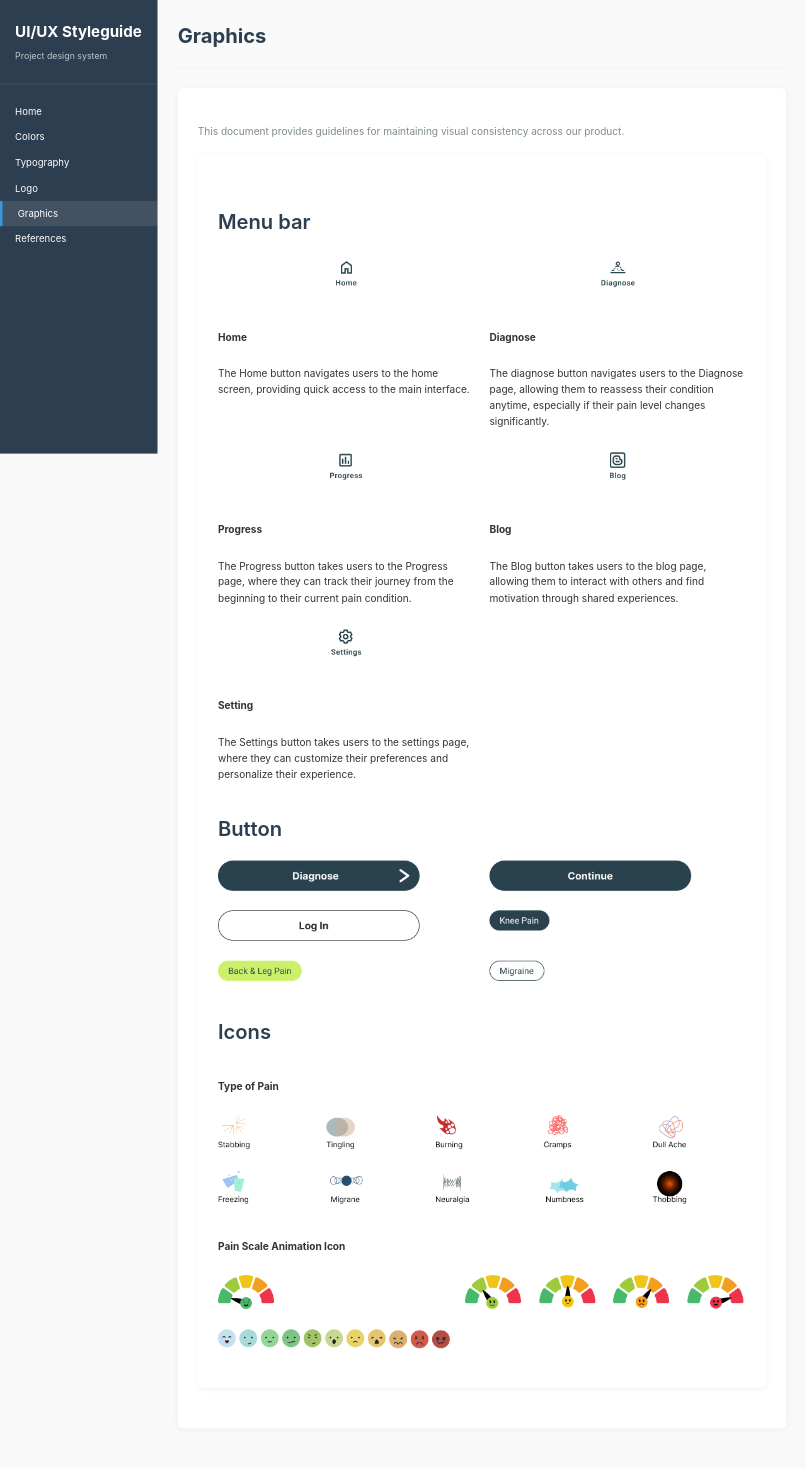
Repository: rosielee09/Heal_U
Page: graphics.html
An editor plug-in stored every save of this project. The page is shown before and after the next save, followed by the edit.
The browser window is 1280 px wide. The pictures show the whole page, at 63% of full size.

Above is the page before, as saved 2025-04-03 21:44:25.

### graphics.html
<!DOCTYPE html>
<html lang="en">
<head>
    <meta charset="UTF-8">
    <meta name="viewport" content="width=device-width, initial-scale=1.0">
    <link rel="stylesheet" href="styles.css">
    <title>Heal_U Styleguide</title>
</head>
<body>
    <div class="container">
        <!-- Sidebar Navigation -->
        <div class="sidebar">
            <div class="sidebar-header">
                <h1>UI/UX Styleguide</h1>
                <p>Project design system</p>
            </div>
            <ul class="nav">
                <li ><a href="index.html">Home</a></li>
                <li><a href="colors.html">Colors</a></li>
                <li><a href="typography.html">Typography</a></li>
                <li><a href="logo.html">Logo</a></li>
                <li class="active"><a href="graphics.html">Graphics</a></li>
                <li><a href="references.html">References</a></li>
            </ul>
        </div>

        <!-- Main Content - Home Page -->

        <div class="content">
            <header class="page-header">
                <h2>Graphics</h2>
            </header>

            <div class="component">
                <div class="component-header">
                  <p class="component-description">This document provides guidelines for maintaining visual consistency across our product.</p>
                </div>
           <!-- SECTION 1: menu bar -->
           <div class="component">
            <div class="component-header">

                <section class="component-section">
                    <h3 class="component-title">Menu bar</h3>
                    <div class="graphic-grid">
                        <!-- home -->
                        <div class="graphic-item">
                            <img class="graphic-menu__icon" src="/img/graphic-menu/home.png" alt="home">
                            <div class="graphic-info">
                                <h4 class="graphic-title">Home</h4>
                                <div>The Home button navigates users to the home screen, providing quick access to the main interface.</div>
                            </div>
                        </div>
                        <!-- diagnose -->
                        <div class="graphic-item">
                            <img class="graphic-menu__icon" src="/img/graphic-menu/diagnose.png" alt="diagnose">
                            <div class="graphic-info">
                                <h4 class="graphic-title">Diagnose </h4>
                                <div>The diagnose button navigates users to the Diagnose page, allowing them to reassess their condition anytime, especially if their pain level changes significantly.</div>
                            </div>
                        </div>
                        <!-- Progress -->
                        <div class="graphic-item">
                            <img class="graphic-menu__icon" src="/img/graphic-menu/progress.png" alt="Progress">
                            <div class="graphic-info">
                                <h4 class="graphic-title">Progress </h4>
                                <div>
                                    The Progress button takes users to the Progress page, where they can track their journey from the beginning to their current pain condition.</div>
                            </div>
                        </div>

                        <!-- blog -->
                        <div class="graphic-item">
                            <img class="graphic-menu__icon" src="/img/graphic-menu/blog.png" alt="blog">
                            <div class="graphic-info">
                                <h4 class="graphic-title">Blog </h4>
                                <div>The Blog button takes users to the blog page, allowing them to interact with others and find motivation through shared experiences.</div>
                        </div>
                        </div>

                        <!-- Setting -->
                        <div class="graphic-item">
                            <img class="graphic-menu__icon" src="/img/graphic-menu/setting.png" alt="Setting">
                            <div class="graphic-info">
                                <h4 class="graphic-title">Setting </h4>
                                <div>The Settings button takes users to the settings page, where they can customize their preferences and personalize their experience.</div>

                    </div>
                </div>
            </div>

<!-- button section -->
                <section class="component-section">
                    <h3 class="component-title">Button </h3>

                    <div class="graphic-grid">
                          <!-- fill button -->
                        <div class="graphic-item">
                            <img class="graphic-button__icon" src="/img/Appovation - buttons/Button-fill-withIcon.png" alt="fill-icon">
                        </div>
                        <div class="graphic-item">
                            <img class="graphic-button__icon" src="/img/Appovation - buttons/Button-fill.jpg" alt="fill">
                        </div>
                        <div class="graphic-item">
                            <img class="graphic-button__icon" src="/img/Appovation - buttons/Button-outline.jpg" alt="outline">
                        </div>
                        <div class="graphic-item">
                            <img class="graphic-button__icon" src="/img/Appovation - buttons/chips-fill.png" alt="chips">
                        </div>
                        <div class="graphic-item">
                            <img class="graphic-button__icon" src="/img/Appovation - buttons/chips-highlighted.png" alt="chips-highlighted">
                        </div>
                        <div class="graphic-item">
                            <img class="graphic-button__icon" src="/img/Appovation - buttons/chips-outlined.png" alt="chips-outlined">
                        </div>
                </div>
            </section>

            <section class="component-section">
                <h3 class="component-title">Icons </h3>
                <h4 class="graphic-title">Type of Pain</h4>
                <div class="graphic-grid__icons">

                    <div class="graphic-item">
                        <img class="graphic-icons" src="/img/Appovation - icons/Icon-stabbing.png" alt="pain_type_icon">
                    </div>
                    <div class="graphic-item">
                        <img class="graphic-icons" src="/img/Appovation - icons/Icon-tingling.png" alt="pain_type_icon">
                    </div>
                    <div class="graphic-item">
                        <img class="graphic-icons" src="/img/Appovation - icons/Icon_Burning.png" alt="pain_type_icon">
                    </div>
                    <div class="graphic-item">
                        <img class="graphic-icons" src="/img/Appovation - icons/Icon_Cramps.png" alt="pain_type_icon">
                    </div>
                    <div class="graphic-item">
                        <img class="graphic-icons" src="/img/Appovation - icons/Icon_dull ache.png" alt="pain_type_icon">
                    </div>
                    <div class="graphic-item">
                        <img class="graphic-icons" src="/img/Appovation - icons/Icon_freezing.png" alt="pain_type_icon">
                    </div>
                    <div class="graphic-item">
                        <img class="graphic-icons" src="/img/Appovation - icons/Icon_Migrane.png" alt="pain_type_icon">
                    </div>
                    <div class="graphic-item">
                        <img class="graphic-icons" src="/img/Appovation - icons/Icon_neuralgia.png" alt="pain_type_icon">
                    </div>
                    <div class="graphic-item">
                        <img class="graphic-icons" src="/img/Appovation - icons/Icon_numbness.png" alt="pain_type_icon">
                    </div>
                    <div class="graphic-item">
                        <img class="graphic-icons" src="/img/Appovation - icons/Icon_thobbing.png" alt="pain_type_icon">
                    </div>

                </div>


                <h4 class="graphic-title">Pain Scale Animation Icon</h4>
                <div class="graphic-grid__icons">

                    <div class="graphic-item">
                        <img class="graphic-icons" src="/img/Appovation - icons/Pain_difference-slider-green.png" alt="pain_scale_icon">
                    </div>
                    <div class="graphic-item">
                        <img class="graphic-icons" src="/img/Appovation - icons/Pain_difference-slider-mild.png" alt="pain_scale_icon">
                    </div>
                    <div class="graphic-item">
                        <img class="graphic-icons" src="/img/Appovation - icons/Pain_difference-slider-middle.png" alt="pain_scale_icon">
                    </div>
                    <div class="graphic-item">
                        <img class="graphic-icons" src="/img/Appovation - icons/Pain_difference-slider-less-severe.png" alt="pain_scale_icon">
                    </div>
                    <div class="graphic-item">
                        <img class="graphic-icons" src="/img/Appovation - icons/Pain_difference-slider-severe.png" alt="pain_scale_icon">
                    </div>
                    <div class="graphic-item">
                        <img class="graphic-icons" src="/img/Appovation - icons/progress pain scale.png" alt="pain_scale_icon">
                    </div>
                </div>




        </section>


</body>
<script src="script.js"></script>
</html>

### styles.css
* {
    margin: 0;
    padding: 0;
    box-sizing: border-box;
}

body {
    font-family: 'Inter', -apple-system, BlinkMacSystemFont, 'Segoe UI', Roboto, Oxygen, Ubuntu, Cantarell, sans-serif;
    line-height: 1.6;
    color: #333;
    background-color: #f9f9f9;
}

/* Layout */
.container {
    display: flex;
    min-height: 100vh;
}

/* Sidebar Navigation */
.sidebar {
    width: 250px;
    background-color: #2c3e50;
    color: #fff;
    padding: 2rem 0;
    position: fixed;
    height: 100vh;
    overflow-y: auto;
}

.sidebar-header {
    padding: 0 1.5rem 2rem;
    border-bottom: 1px solid rgba(255, 255, 255, 0.1);
}

.sidebar-header h1 {
    font-size: 1.5rem;
    font-weight: 700;
    margin-bottom: 0.5rem;
}

.sidebar-header p {
    font-size: 0.875rem;
    opacity: 0.7;
}

.nav {
    list-style: none;
    padding: 1.5rem 0;
}

.nav li {
    padding: 0.5rem 1.5rem;
}

.nav li.active {
    background-color: rgba(255, 255, 255, 0.1);
    border-left: 4px solid #3498db;
}

.nav a {
    color: #fff;
    text-decoration: none;
    display: block;
    font-size: 0.95rem;
    transition: all 0.2s;
}

.nav a:hover {
    opacity: 0.8;
}

/* Main Content */
.content {
    flex: 1;
    padding: 2rem;
    margin-left: 250px;
    max-width: calc(100% - 250px);
}

.page-header {
    margin-bottom: 2rem;
    padding-bottom: 1rem;
    border-bottom: 1px solid #eee;
}

.page-header h2 {
    font-size: 2rem;
    font-weight: 700;
    color: #2c3e50;
    margin-bottom: 0.5rem;
}

.page-header p {
    color: #7f8c8d;
    font-size: 1.1rem;
}

/* Components Common Styles */
.component {
    background-color: #fff;
    border-radius: 8px;
    box-shadow: 0 2px 10px rgba(0, 0, 0, 0.05);
    padding: 2rem;
    margin-bottom: 2rem;
}

.component-section{
    margin-top: 3rem;
}

.component-header {
    margin-top: 1.5rem;
    margin-bottom: 1.5rem;
}

.component-title {
    font-size: 2rem;
    font-weight: 600;
    margin-top: 1.5rem;
    margin-bottom: 1.5rem;
    color: #2c3e50;
}

.component-description {
    color: #7f8c8d;
}


    /* Color Styles */
.color-grid {
    display: grid;
    grid-template-columns: repeat(auto-fill, minmax(300px, 1fr));
    gap: 1.5rem;
}

.color-grid__onlycolor {
    display: grid;
    grid-template-columns: repeat(auto-fill, minmax(300px, 2fr));
    gap: 1.5rem;
    align-items: center;
}

.color-grid__Accessiblilliy {
    display: grid;
    grid-template-columns: repeat(auto-fit, minmax(clamp(300px, 50%, 400px), 1fr));
    gap: 1.5rem;
}

.color-item {
    border-radius: 6px;
    overflow: hidden;
    box-shadow: 0 2px 5px rgba(0, 0, 0, 0.1);
}

.color-preview {
    height: 120px;
}

.color-info {
    padding: 1rem;
    background-color: #fff;
}

.color-name {
    font-weight: 600;
    margin-bottom: 0.25rem;
}

.color-value {
    font-family: monospace;
    color: #7f8c8d;
    font-size: 0.85rem;
}

.color__primary--preview{
    background-color: #29424D;
}

.color__secondary--preview{
    background-color: #CFC4F4;
}

.color__tertiary--preview {
    background-color: #F8F3EC;
}

.color__accent--preview{
    background-color: #CDF06B;
}

.color__success--preview{
    background-color: #138636;
}

.color__error--preview{
    background-color: #C32D2D;
}

.color__warning--preview{
    background-color: #FFBD11;
}

.color__info--preview{
    background-color: #4976BA;
}

.color__background--preview{
    background-color: #fff;
}

.color__text--preview{
    background-color: #2E2E30;
}

.color-accessiblillity-img {
    width: 100%;
    height: 70%;
}

.color-example-img{
    align-items: center;
}


/* Graphics */
.graphic-grid {
    display: grid;
    grid-template-columns: repeat(auto-fill, minmax(300px, 2fr));
    gap: 1.5rem;

}

/* section__icons */
.graphic-grid__icons{
    display: grid;
    grid-template-columns: repeat(5, 1fr);
    gap: 1.5rem;
}

.graphic-item{
   justify-items: center;
}

.graphic-menu__icon{
    margin: 10px;
}
.graphic-title{
    margin-top: 3rem;
    margin-bottom: 2rem;
}

/* Typography */

/* Import Roboto font with multiple weights */
@import url('https://fonts.googleapis.com/css2?family=Roboto:wght@400;500;700&display=swap');


/* Table styling */
table {
  width: 100%;
  border-collapse: collapse;
  font-family: 'Roboto', sans-serif;
  margin: 2rem 0;
}

th {
  background-color: #f8f9fa;
  color: #212529;
  padding: 12px 16px;
  text-align: left;
  font-weight: 500;
  border-bottom: 2px solid #dee2e6;

}

td {
  padding: 16px;
  border-bottom: 1px solid #e9ecef;
  vertical-align: top;
}

/* Remove default list styling */
td li {
  list-style: none;
  margin: 4px 0;
  padding-left: 0;
}



.content-image {
  margin: auto;
  display: block;
  padding: 1rem;
}

.center {
  text-align: center;
}



.typography-item {
    margin-bottom: 2rem;
}


.heading1 {
  font-family: 'Roboto', sans-serif;
  font-size: 40px;
  line-height: 48px;
  font-weight: 700;
  color: #212529;

}

.heading2 {
  font-family: 'Roboto', sans-serif;
  font-size: 32px;
  line-height: 40px;
  font-weight: 700;
  color: #212529;
}

.section-header {
  font-family: 'Roboto', sans-serif;
  font-size: 24px;
  line-height: 32px;
  font-weight: 700;
  color: #212529;
}

.sub-header {
  font-family: 'Roboto', sans-serif;
  font-size: 20px;
  line-height: 28px;
  font-weight: 700;
  color: #212529;
}

.body-bold {
  font-family: 'Roboto', sans-serif;
  font-size: 16px;
  line-height: 24px;
  font-weight: 700;
  color: #212529;
}


.body {
  font-family: 'Roboto', sans-serif;
  font-size: 16px;
  line-height: 24px;
  font-weight: 400;
  color: #212529;
}

.small {
  font-family: 'Roboto', sans-serif;
  font-size: 14px;
  line-height: 20px;
  font-weight: 400;
  color: #212529;
}

.small-italic {
  font-family: 'Roboto', sans-serif;
  font-style: italic;
  font-size: 14px;
  line-height: 20px;
  font-weight: 400;
  color: #212529;
}

.tiny-bold {
  font-family: 'Roboto', sans-serif;
  font-size: 12px;
  line-height: 18px;
  font-weight: 700;
  color: #212529;
}

.tiny {
  font-family: 'Roboto', sans-serif;
  font-size: 12px;
  line-height: 18px;
  font-weight: 400;
  color: #212529;
}

.mini {
  font-family: 'Roboto', sans-serif;
  font-size: 8px;
  line-height: 12px;
  font-weight: 400;
  color: #212529;
  letter-spacing: 0.5px;
}

/* Add zebra striping for better readability */
tbody tr:nth-child(odd) {
  background-color: #f8f9fa;
}

Loaded but not shown: script.js (no stored copy; drawn as an empty file)

After the next save:
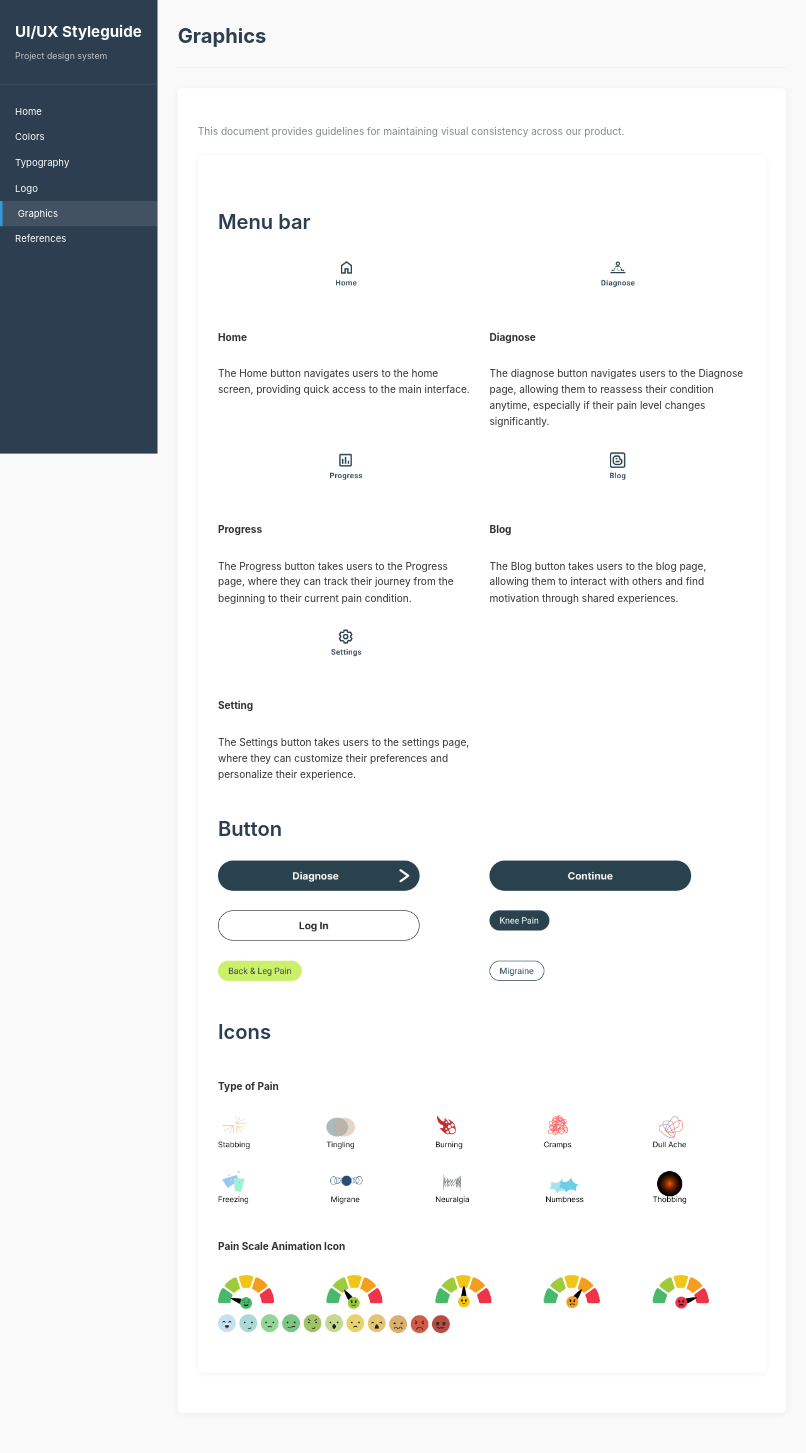
Saved 20 s later.
--- a/graphics.html
+++ b/graphics.html
@@ -172,9 +172,9 @@
                     <div class="graphic-item">
                         <img class="graphic-icons" src="/img/Appovation - icons/Pain_difference-slider-severe.png" alt="pain_scale_icon">
                     </div>
-                    <div class="graphic-item">
-                        <img class="graphic-icons" src="/img/Appovation - icons/progress pain scale.png" alt="pain_scale_icon">
-                    </div>
+                </div>
+                <div class="graphic-item">
+                    <img class="graphic-icons" src="/img/Appovation - icons/progress pain scale.png" alt="pain_scale_icon">
                 </div>
 
 
